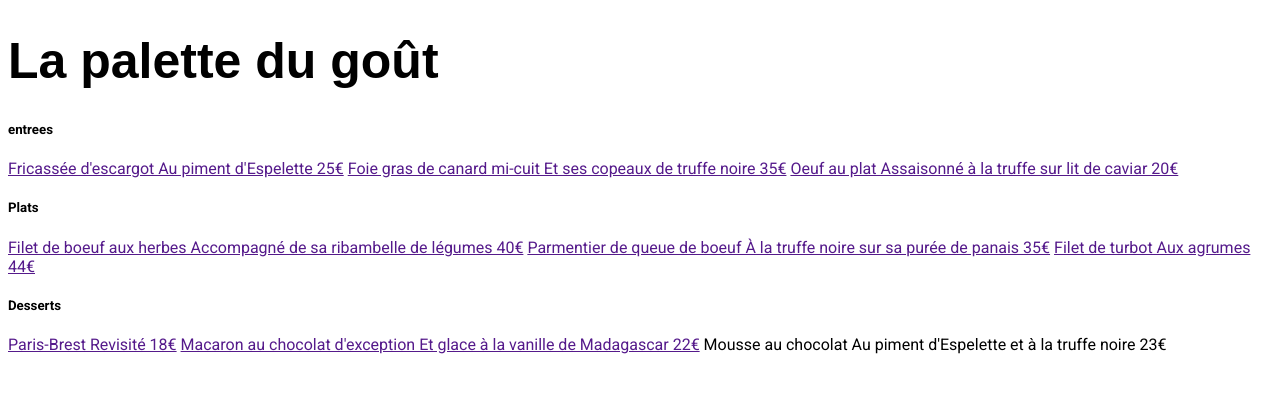
Repository: lysianebo/OHMYFOOD
Page: La_palette_du_goût.html
An editor plug-in stored every save of this project. The page is shown before and after the next save, followed by the edit.
The browser window is 1280 px wide. The pictures show the whole page.
Some web fonts or font styles are not loaded; a fallback is used. Some web libraries are served in a nearby version.

Above is the page before, as saved 2022-10-23 13:31:04.

### La_palette_du_goût.html
<!DOCTYPE html>
<html lang="en">
<head>
    <meta charset="UTF-8">
    <meta http-equiv="X-UA-Compatible" content="IE=edge">
    <meta name="viewport" content="width=device-width, initial-scale=1.0">
    <link rel="stylesheet" href="public/css/main.css"/>
    <title>Document</title>
</head>
<body>
    <h1>La palette du goût</h1>

    <h5 class="bordered-bottom">entrees</h5>
    <a href="" class="btn grey">Fricassée d'escargot
    Au piment d'Espelette
    25€</a>

    <a href="" class="btn grey">Foie gras de canard mi-cuit
    Et ses copeaux de truffe noire
    35€</a>

    <a href="" class="btn grey">Oeuf au plat
    Assaisonné à la truffe sur lit de caviar
    20€</a>


  <h5 class="bordered-bottom">Plats</h5>
    <a href="" class="btn grey">Filet de boeuf aux herbes
    Accompagné de sa ribambelle de légumes
    40€</a>

    <a href="" class="btn grey">Parmentier de queue de boeuf
    À la truffe noire sur sa purée de panais
    35€</a>

    <a href="" class="btn grey">Filet de turbot
    Aux agrumes
    44€</a>

   <h5 > Desserts </h5>
    <a href="" class="btn grey">Paris-Brest
    Revisité
    18€</a>

    <a href="" class="btn grey">Macaron au chocolat d'exception
    Et glace à la vanille de Madagascar
    22€</a>

    <a href="" class="btn grey"></a>Mousse au chocolat
    Au piment d'Espelette et à la truffe noire
    23€  </a>

</body>
</html>

### public/css/main.css
@import url("https://fonts.googleapis.com/css2?family=Roboto:wght@400;500;700;900&display=swap");
@import url("https://fonts.googleapis.com/css2?family=Shrikhand&display=swap");
@import url("https://cdnjs.cloudflare.com/ajax/libs/font-awesome/6.1.2/css/all.css");
body {
  font-family: Roboto, sans-serif;
  font-size: 16px;
}

h1 {
  font-family: Shrikhand, sans-serif;
  font-size: 50px;
  font-weight: 700;
  line-height: 1.1;
}

h4 {
  font-family: Shrikhand, sans-serif;
  font-size: 30px;
}

ul {
  list-style-type: none;
  text-decoration: none;
}

span {
  font-family: Roboto, sans-serif;
  font-size: 50px;
}

/*# sourceMappingURL=main.css.map */

After the next save:
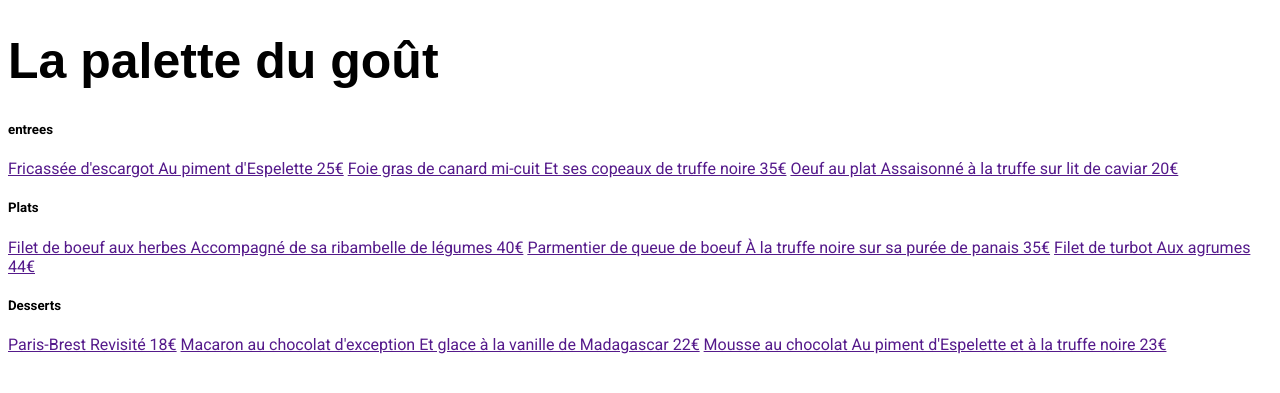
Saved 19 s later.
--- a/La_palette_du_goût.html
+++ b/La_palette_du_goût.html
@@ -37,7 +37,7 @@
     Aux agrumes
     44€</a>
 
-   <h5 > Desserts </h5>
+   <h5 class="bordered-bottom"> Desserts </h5>
     <a href="" class="btn grey">Paris-Brest
     Revisité
     18€</a>
@@ -46,7 +46,7 @@
     Et glace à la vanille de Madagascar
     22€</a>
 
-    <a href="" class="btn grey"></a>Mousse au chocolat
+    <a href="" class="btn grey">Mousse au chocolat
     Au piment d'Espelette et à la truffe noire
     23€  </a>
 
